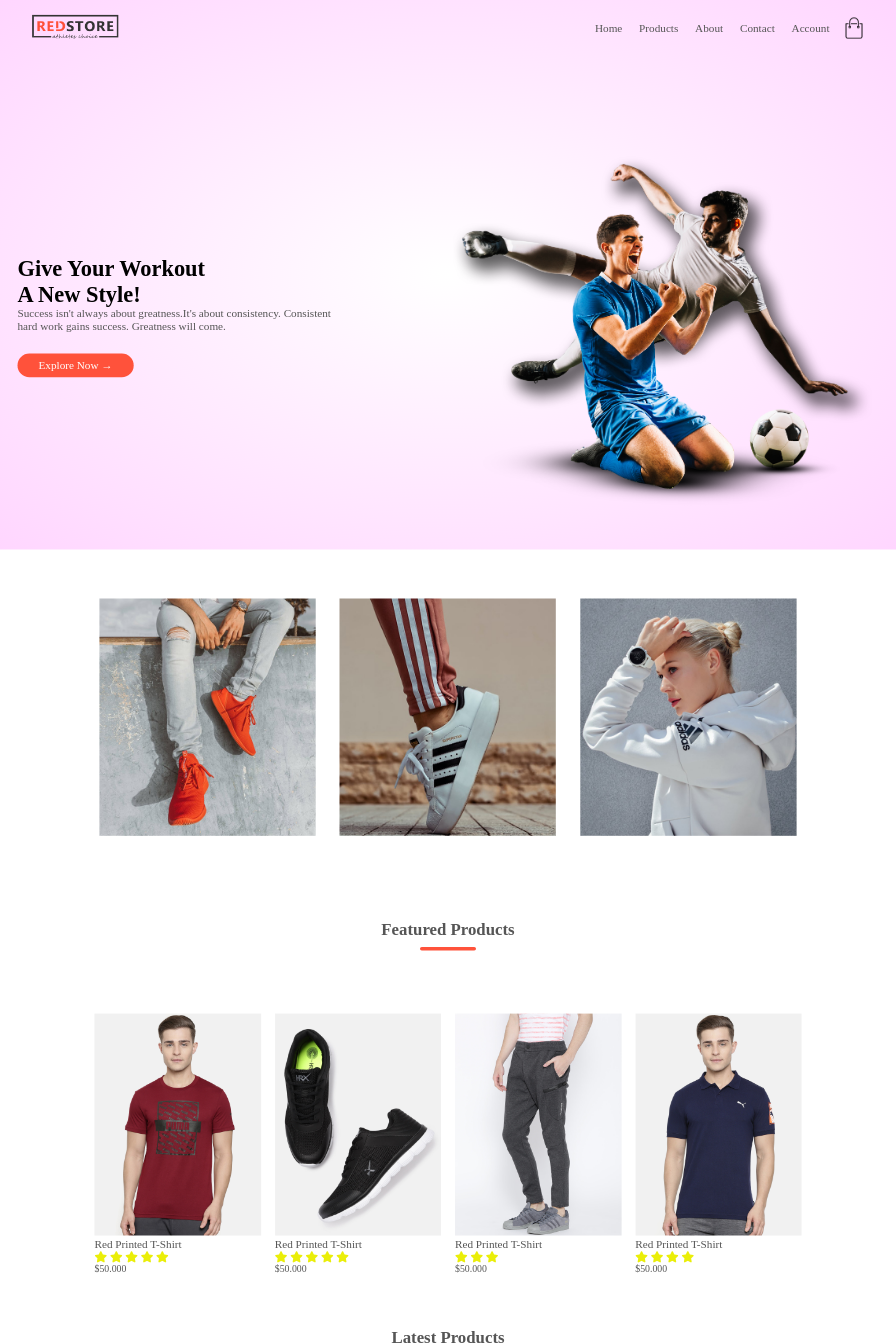
Repository: tuan21052000/Frontend
Page: index.html
The author's editor kept a copy of each file at every save. The page is drawn from the files as they stood at one save, then again after the next save.
The browser window is 1280 px wide. The pictures show the part of the page from y = 0 to 1920 px (the page is 4022 px tall before and 3927 px after), at 70% of full size.

Above is the page before, as saved 2022-05-06 22:49:40.

### index.html
<!DOCTYPE html>
<html lang="en">
<head>
    <meta charset="UTF-8">
    <meta http-equiv="X-UA-Compatible" content="IE=edge">
    <meta name="viewport" content="width=device-width, initial-scale=1.0">
    <title>RedStore | Ecommerce Website Design</title>
    <link rel="stylesheet" href="style.css">
    <link href="https://fonts.googleapis.com/css2?family=Poppins:wght@300;400;500;600;700&display=swap" rel="stylesheet">
    <link rel="stylesheet" href="https://use.fontawesome.com/releases/v5.15.4/css/all.css" />
</head>
<body>
    <div class="header">


    <div class="container">
        <div class="navbar">
            <div class="logo">
                <img src="images/logo.png" width="125px">
            </div>
            <nav>
                <ul>
                    <li><a href="">Home</a></li>
                    <li><a href="">Products</a></li>
                    <li><a href="">About</a></li>
                    <li><a href="">Contact</a></li>
                    <li><a href="">Account</a></li>
                </ul>
            </nav>
            <img src="images/cart.png" width="30px" height="30px">
        </div>
        <div class="row">
            <div class="col-2">
                <h1>Give Your Workout <br>A New Style!</h1>
                <p>Success isn't always about greatness.It's about
                consistency. Consistent<br> hard work gains success. Greatness
                will come.
                </p>
                <a href="" class="btn">Explore Now &#8594;</a>
            </div>
            <div class="col-2">
              <img src="images/image1.png">
            </div>
        </div>
    </div>
</div>
<!-- -----Loại sản phẩm------- -->
   <div class="categories">
       <div class="small-container">
        <div class="row">
            <div class="col-3">
                <img src="images/category-1.jpg">
            </div>
            <div class="col-3">
             <img src="images/category-2.jpg">
         </div>
         <div class="col-3">
             <img src="images/category-3.jpg">
         </div>
        </div>
       </div>
   </div>
<!--    -------aaaa------------ -->
<div class="small-container">
    <h2 class="title">Featured Products</h2>
    <div class="row">
    <div class="col-4">
        <img src="images/product-1.jpg">
        <h4>Red Printed T-Shirt</h4>
        <div class="rating">
            <i class="fa fa-star"></i>
            <i class="fa fa-star"></i>
            <i class="fa fa-star"></i>
            <i class="fa fa-star"></i>
            <i class="fa fa-star"></i>
        </div>
        <p>$50.000</p>
    </div>
    <div class="col-4">
        <img src="images/product-2.jpg">
        <h4>Red Printed T-Shirt</h4>
        <div class="rating">
            <i class="fa fa-star"></i>
            <i class="fa fa-star"></i>
            <i class="fa fa-star"></i>
            <i class="fa fa-star"></i>
            <i class="fa fa-star"></i>
        </div>
        <p>$50.000</p>
    </div>
    <div class="col-4">
        <img src="images/product-3.jpg">
        <h4>Red Printed T-Shirt</h4>
        <div class="rating">
            <i class="fa fa-star"></i>
            <i class="fa fa-star"></i>
            <i class="fa fa-star"></i>
            <i class="fa fa-star-half-o"></i>
            <i class="fa fa-star-o"></i>
        </div>
        <p>$50.000</p>
    </div>
    <div class="col-4">
        <img src="images/product-4.jpg">
        <h4>Red Printed T-Shirt</h4>
        <div class="rating">
            <i class="fa fa-star"></i>
            <i class="fa fa-star"></i>
            <i class="fa fa-star"></i>
            <i class="fa fa-star"></i>
            <i class="fa fa-star-o"></i>
        </div>
        <p>$50.000</p>
    </div>
    </div>
    <h2 class="title">Latest Products</h2>
    <div class="row">
        <div class="col-4">
            <img src="images/product-5.jpg">
            <h4>Red Printed T-Shirt</h4>
            <div class="rating">
                <i class="fa fa-star"></i>
                <i class="fa fa-star"></i>
                <i class="fa fa-star"></i>
                <i class="fa fa-star"></i>
                <i class="fa fa-star"></i>
            </div>
            <p>$50.000</p>
        </div>
        <div class="col-4">
            <img src="images/product-6.jpg">
            <h4>Red Printed T-Shirt</h4>
            <div class="rating">
                <i class="fa fa-star"></i>
                <i class="fa fa-star"></i>
                <i class="fa fa-star"></i>
                <i class="fa fa-star"></i>
                <i class="fa fa-star"></i>
            </div>
            <p>$50.000</p>
        </div>
        <div class="col-4">
            <img src="images/product-7.jpg">
            <h4>Red Printed T-Shirt</h4>
            <div class="rating">
                <i class="fa fa-star"></i>
                <i class="fa fa-star"></i>
                <i class="fa fa-star"></i>
                <i class="fa fa-star-half-o"></i>
                <i class="fa fa-star-o"></i>
            </div>
            <p>$50.000</p>
        </div>
        <div class="col-4">
            <img src="images/product-8.jpg">
            <h4>Red Printed T-Shirt</h4>
            <div class="rating">
                <i class="fa fa-star"></i>
                <i class="fa fa-star"></i>
                <i class="fa fa-star"></i>
                <i class="fa fa-star"></i>
                <i class="fa fa-star-o"></i>
            </div>
            <p>$50.000</p>
        </div>
        </div>
        <div class="row">
            <div class="col-4">
                <img src="images/product-9.jpg">
                <h4>Red Printed T-Shirt</h4>
                <div class="rating">
                    <i class="fa fa-star"></i>
                    <i class="fa fa-star"></i>
                    <i class="fa fa-star"></i>
                    <i class="fa fa-star"></i>
                    <i class="fa fa-star"></i>
                </div>
                <p>$50.000</p>
            </div>
            <div class="col-4">
                <img src="images/product-10.jpg">
                <h4>Red Printed T-Shirt</h4>
                <div class="rating">
                    <i class="fa fa-star"></i>
                    <i class="fa fa-star"></i>
                    <i class="fa fa-star"></i>
                    <i class="fa fa-star"></i>
                    <i class="fa fa-star"></i>
                </div>
                <p>$50.000</p>
            </div>
            <div class="col-4">
                <img src="images/product-11.jpg">
                <h4>Red Printed T-Shirt</h4>
                <div class="rating">
                    <i class="fa fa-star"></i>
                    <i class="fa fa-star"></i>
                    <i class="fa fa-star"></i>
                    <i class="fa fa-star-half-o"></i>
                    <i class="fa fa-star-o"></i>
                </div>
                <p>$50.000</p>
            </div>
            <div class="col-4">
                <img src="images/product-12.jpg">
                <h4>Red Printed T-Shirt</h4>
                <div class="rating">
                    <i class="fa fa-star"></i>
                    <i class="fa fa-star"></i>
                    <i class="fa fa-star"></i>
                    <i class="fa fa-star"></i>
                    <i class="fa fa-star-o"></i>
                </div>
                <p>$50.000</p>
            </div>
        </div>
</div>
<!-- ----------offer------------- -->
<div class="offer">
    <div class="small-container">
        <div class="row">
            <div class="col-2">
                <img src="images/exclusive.png" class="offer-img">
            </div>
            <div class="col-2">
               <p>Exclusively Available on RedStore</p>
               <h1>Smart Band 4</h1>
               <small>The Mi Smart Band 4 features a 39.9% large
                   (than Mi Band 3) AMOLED color full-touch display with
                   adjustable brightness, so everything is clear as can
                   be.</small>
               <a href="" class="btn">Buy Now &#8594;</a>
            </div>
        </div>
    </div>
</div>
<!-- -----testi---- -->
       <div class="testimonial">
           <div class="small-container">
               <div class="row">
                   <div class="col-3">
                       <i class="fa fa-quote-left"></i>
                       <p>Lorem ipsum dolor sit, amet consectetur adipisicing elit.
                            Tenetur quod unde ullam, et dicta deserunt exercitationem
                            excepturi quis quo mollitia quibusdam quam consectetur? Facere aut numquam inventore, veniam pariatur quod.</p>
                            <div class="rating">
                                <i class="fa fa-star"></i>
                                <i class="fa fa-star"></i>
                                <i class="fa fa-star"></i>
                                <i class="fa fa-star"></i>
                                <i class="fa fa-star"></i>
                            </div>
                            <img src="images/user-1.png">
                            <h3>Sean Parker</h3>
                   </div>
               </div>
           </div>
       </div>
</body>
</html>

### style.css
* {
    margin: 0;
    padding: 0;
    box-sizing: border-box;
}
.navbar{
   display: flex;
   align-items: center;
   padding: 20px;
}
nav {
    flex: 1;
    text-align: right;
}
nav ul {
    display: inline-block;
    list-style-type: none;
}
nav ul li{
    display: inline-block;
    margin-right: 20px;
}
a {
    text-decoration: none;
    color: #555;
}
p {
    color:#555;
}
.container {
    max-width: 1300px;
    margin: auto;
    padding-left: 25px;
    padding-right:25px;
}
.row {
    display: flex;
    align-items: center;
    flex-wrap: wrap;
    justify-content: space-around;
}
.col-2 {
    flex-basis: 50%;
    min-width: 300px;
}
.col-2 img {
    max-width: 100%;
    padding: 50px 0;
}
.btn {
    display: inline-block;
    background: #ff523b;
    color: #fff;
    padding: 8px 30px;
    margin: 30px 0;
    border-radius: 30px;
    transition: background 0.5s;
}
.btn:hover {
    background: #563434;
}
.header {
    background: radial-gradient(#fff,#ffd6ff);
}
.header .row{
   margin-top: 70px;
}
.categories {
    margin: 70px 0;
}
.col-3{
    flex-basis: 30%;
    min-width: 250px;
    margin-bottom: 30px;
}
.col-3 img{
    width: 100%;
}
.small-container{
    max-width: 1080px;
    margin: auto;
    padding-left: 25px;
    padding-right: 25px;

}
.col-4{
    flex-basis: 25%;
    padding: 10px;
    min-width: 200px;
    margin-bottom: 50px;
    transform: transforn 0.5s;
}
.col-4 img{
    width: 100%;
}
.title{
    text-align: center;
    margin: 0 auto 80px;
    position: relative;
    line-height: 60px;
    color:#555;
}
.title::after{
    content: '';
    background: #ff523b;
    width: 80px;
    height: 5px;
    border-radius: 5px;
    position: absolute;
    bottom: 0;
    left: 50%;
    transform: translateX(-50%);
}
h4{
    color:#555;
    font-weight: normal;
}
.col-4 p{
    font-size: 14px;
}
.rating .fa{
    color: #eaee09;
}
.col-4:hover{
    transform: translateY(-5px); /* tạo hiệu ứng */
}
.offer {
    background: radial-gradient(#fff,#ffd6d6);
    margin-top: 80px;
    padding: 30px 0;
}
.col-2 .offer-img{
    padding: 50px;
}
small{
    color:#555;
}

After the next save:
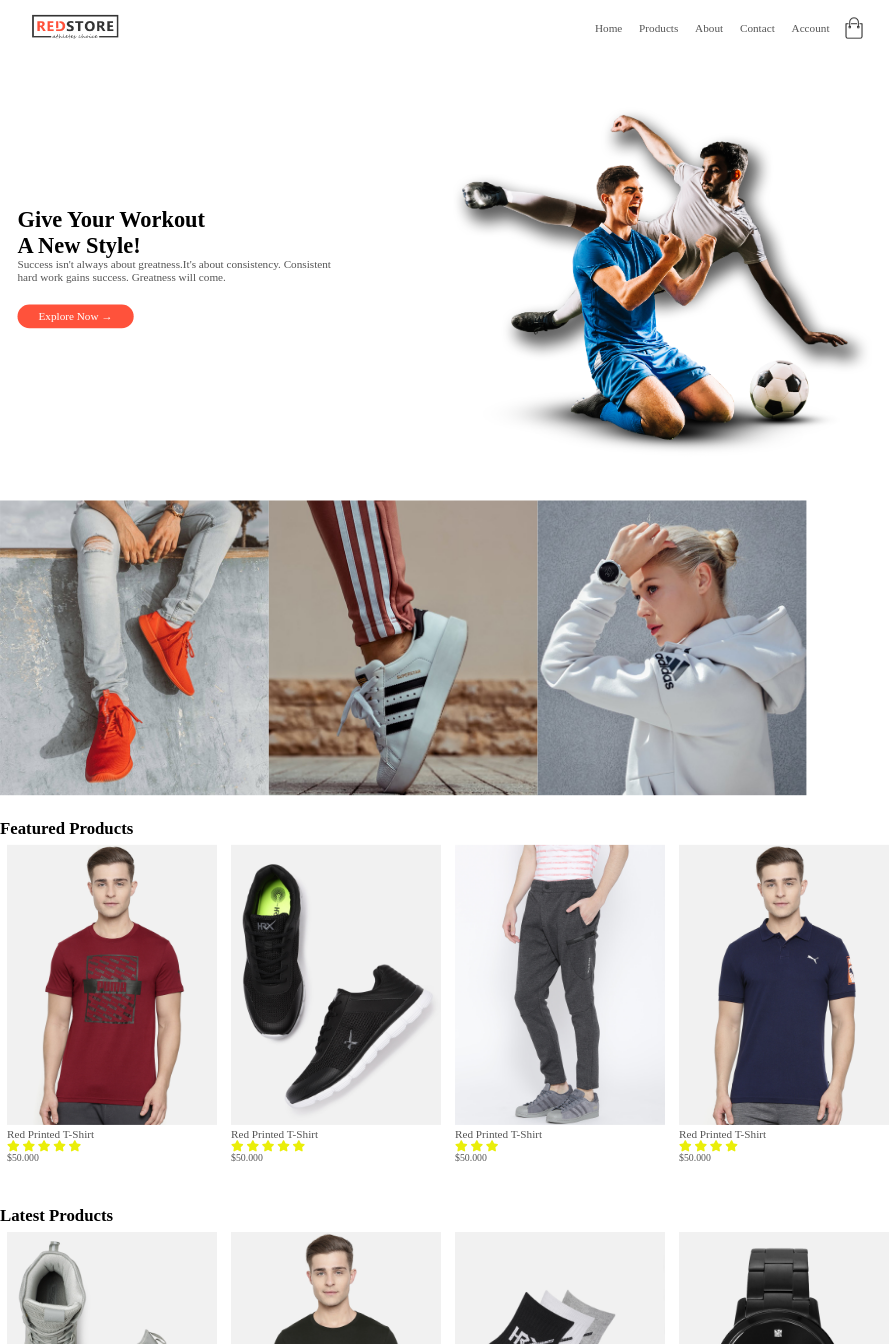
Saved 15 s later.
--- a/style.css
+++ b/style.css
@@ -37,8 +37,8 @@
     display: flex;
     align-items: center;
     flex-wrap: wrap;
-    justify-content: space-around;
-}
+   /*  justify-content: space-around;
+} */
 .col-2 {
     flex-basis: 50%;
     min-width: 300px;
